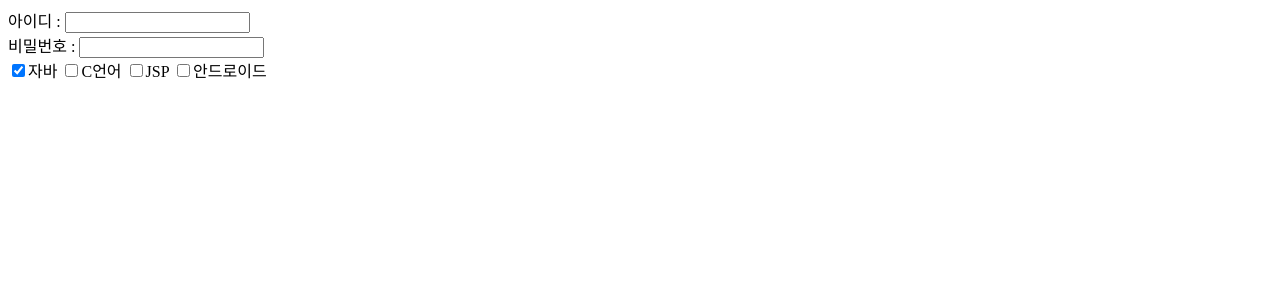
Repository: MyeongHyeonYoo/jsp_data
Page: pro06/src/main/webapp/input.html
These files come from the project's save history. The page is drawn as it stood at one moment and after the next save; the edit follows.
The browser window is 1280 px wide. The pictures show the whole page.

Above is the page before, as saved 2022-12-05 06:33:04.

### pro06/src/main/webapp/input.html
<!DOCTYPE html>
	<html>
	<head>
	<meta charset="UTF-8">
	<title>여러 가지 input 타입 표시 창</title>
	</head>
	<body>
		<form name="frmInput" action="input">
			아이디 : <input type="text" name="user_id"><br>
			비밀번호 : <input type="password" name="user_pw"><br>
			<input type="checkbox" name="subject" value="java" checked>자바
			<input type="checkbox" name="subject" value="C언어">C언어
			<input type="checkbox" name="subject" value="JSP">JSP
			<input type="checkbox" name="subject" value="안드로이드">안드로이드
		</form>
	</body>
</html>

After the next save:
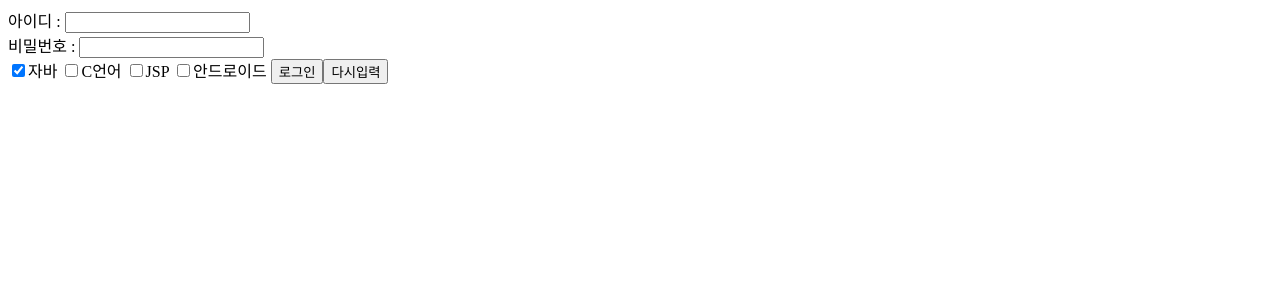
Saved 30 s later.
--- a/pro06/src/main/webapp/input.html
+++ b/pro06/src/main/webapp/input.html
@@ -12,6 +12,7 @@
 			<input type="checkbox" name="subject" value="C언어">C언어
 			<input type="checkbox" name="subject" value="JSP">JSP
 			<input type="checkbox" name="subject" value="안드로이드">안드로이드
+			<input type="submit" value="로그인"><input type="reset" value="다시입력">
 		</form>
 	</body>
 </html>
